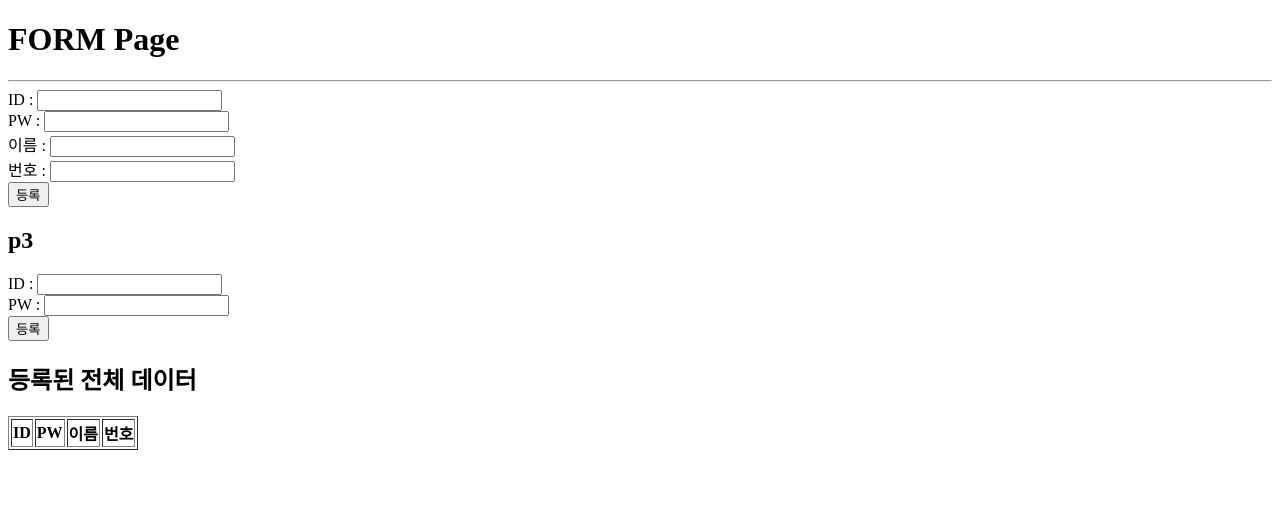
Repository: smallomg/bg-spring
Page: http://localhost/demo/WEB-INF/views/form.jsp
These files come from the project's save history. The page is drawn as it stood at one moment and after the next save; the edit follows.
The browser window is 1280 px wide. The pictures show the whole page.
The page is served by Tomcat 10. Nobody is signed in. Other server files are loaded and not shown. The template is opened directly, without the code that normally fills it, so the values that code supplies are empty.

Above is the page before, as saved 2025-05-01 08:18:23.

### ldy_spring/demo/src/main/webapp/WEB-INF/views/form.jsp
<%@ page language="java" contentType="text/html; charset=UTF-8"
    pageEncoding="UTF-8"%>
    <%@ taglib uri="http://java.sun.com/jsp/jstl/core" prefix="c" %>
<!DOCTYPE html>
<html>
<head>
<meta charset="UTF-8">
<title>Form Page</title>
</head>
<body>
    <h1>FORM Page</h1>
    <hr>
    <form action="form" method="get">
        ID : <input type="text" name="id"><br>
        PW : <input type="password" name="pw"><br>
        이름 : <input type="text" name="name"><br>
        번호 : <input type="text" name="phone"><br>
        <input type="submit" value="등록">
    </form>

    <h2>p3</h2>
     <form action="p3" method="GET">
        ID : <input type="text" name="id"><br>
        PW : <input type="password" name="pw"><br>

        <input type="submit" value="등록">
    </form>
    <a href="p3/aaa/1234"></a>

    <h2>등록된 전체 데이터</h2>
<table border="1">
    <tr>
        <th>ID</th>
        <th>PW</th>
        <th>이름</th>
        <th>번호</th>
    </tr>
    <c:forEach var="item" items="${list}">
        <tr>
            <td>${item.id}</td>
            <td>${item.pw}</td>
            <td>${item.name}</td>
            <td>${item.phone}</td>
        </tr>
    </c:forEach>
</table>
</body>
</html>

After the next save:
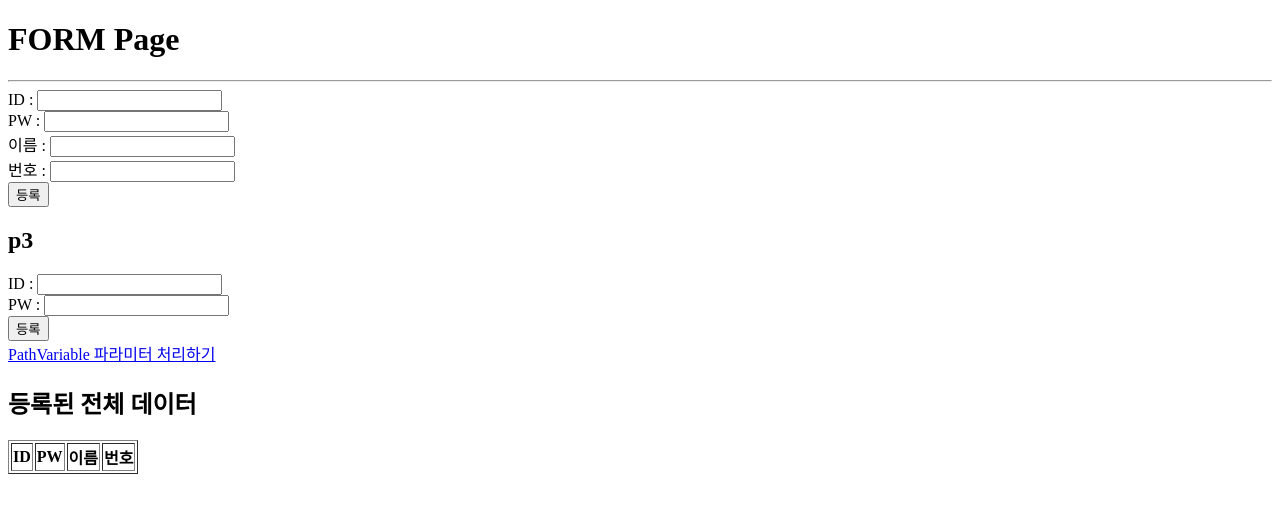
Saved 16 s later.
--- a/ldy_spring/demo/src/main/webapp/WEB-INF/views/form.jsp
+++ b/ldy_spring/demo/src/main/webapp/WEB-INF/views/form.jsp
@@ -25,7 +25,7 @@
 
         <input type="submit" value="등록">
     </form>
-    <a href="p3/aaa/1234"></a>
+    <a href="p3/aaa/1234">PathVariable 파라미터 처리하기</a>
 
     <h2>등록된 전체 데이터</h2>
 <table border="1">
